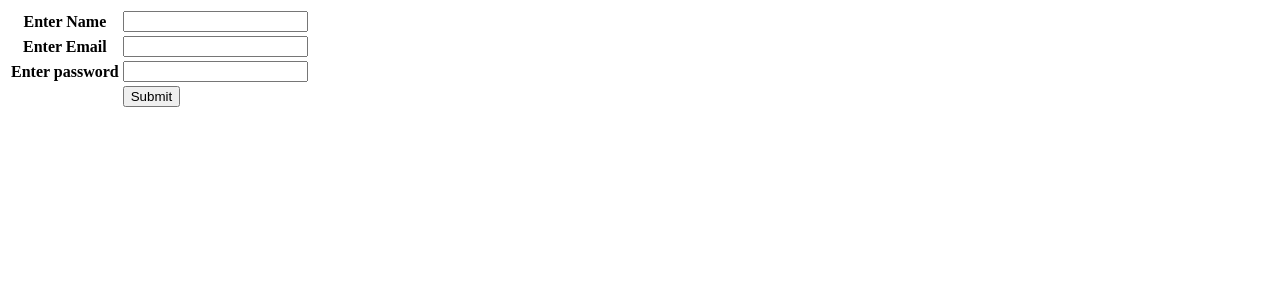
Repository: AkashShetty2001/PlacementAssignment
Page: Placement_Assignment-Final/15-JdbcServlet/WebContent/index.html
The author's editor kept a copy of each file at every save. The page is drawn from the files as they stood at one save, then again after the next save.
The browser window is 1280 px wide. The pictures show the whole page.

Above is the page before, as saved 2023-05-15 05:22:29.

### Placement_Assignment-Final/15-JdbcServlet/WebContent/index.html
<html>
<head>
<meta charset="ISO-8859-1">
<title>Insert here</title>
</head>
<body>
	<form method="get" action='controller'>
		<table>
			<tr>
				<th>Enter Name</th>
				<td><input type='text' name='name'>
			</tr>
			<tr>
				<th>Enter Email</th>
				<td><input type='text' name='email'></td>
			</tr>
			<tr>
				<th>Enter password</th>
				<td><input type='text' name='pass'></td>
			</tr>
			<tr>
				<td></td>
				<td><input type='submit' value="Submit"></td>
			</tr>

		</table>
	</form>
</body>
</html>

After the next save:
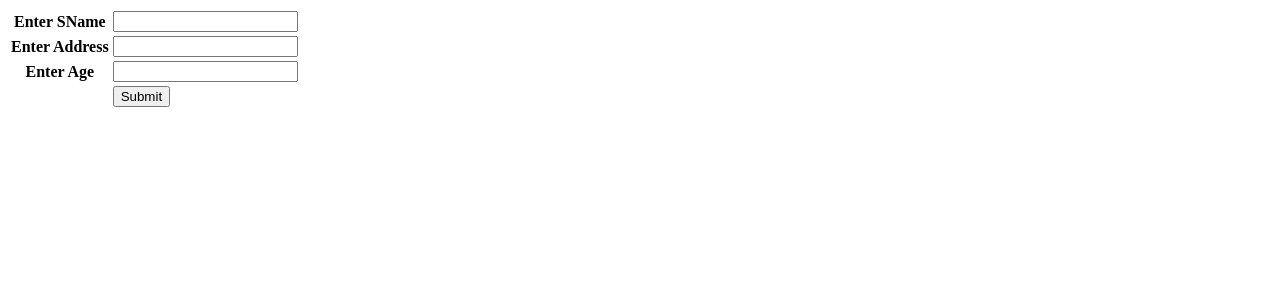
Saved 47 min 0 s later.
--- a/Placement_Assignment-Final/15-JdbcServlet/WebContent/index.html
+++ b/Placement_Assignment-Final/15-JdbcServlet/WebContent/index.html
@@ -7,16 +7,16 @@
 	<form method="get" action='controller'>
 		<table>
 			<tr>
-				<th>Enter Name</th>
+				<th>Enter SName</th>
 				<td><input type='text' name='name'>
 			</tr>
 			<tr>
-				<th>Enter Email</th>
-				<td><input type='text' name='email'></td>
+				<th>Enter Address</th>
+				<td><input type='text' name='saddress'></td>
 			</tr>
 			<tr>
-				<th>Enter password</th>
-				<td><input type='text' name='pass'></td>
+				<th>Enter Age</th>
+				<td><input type='text' name='sage'></td>
 			</tr>
 			<tr>
 				<td></td>
